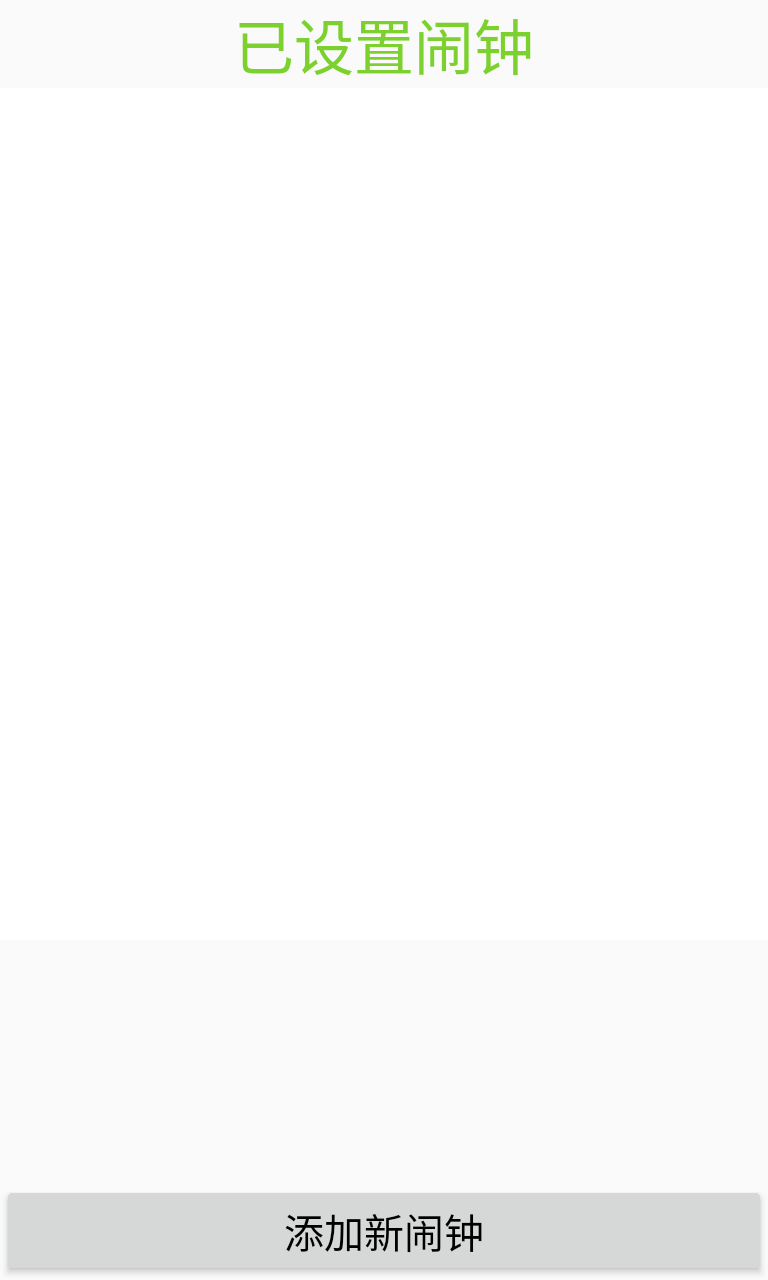
Repository: BigBug2014/BigBugAlarm
Layout: SmileAlarmTask/SmileAlarmTask/res/layout/display.xml
The author's editor kept a copy of each file at every save. The layout is drawn from the files as they stood at one save, then again after the next save.
It is drawn on a 768 x 1280 px phone screen (xhdpi) without system bars, with theme AppTheme; the app's code is not run. Lists and similar views that code fills are empty.

Above is the layout before, as saved 2014-12-18 15:11:09.

After the next save:
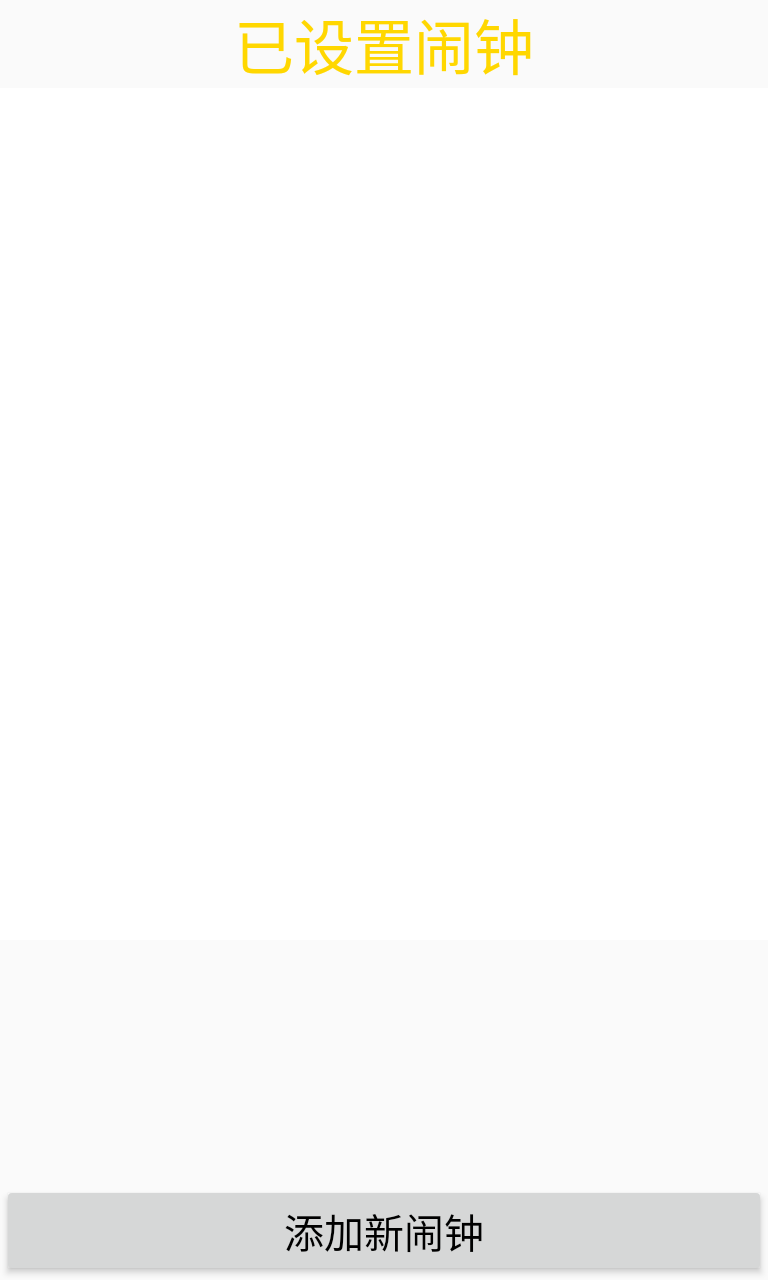
Saved 20 s later.
--- a/SmileAlarmTask/SmileAlarmTask/res/layout/display.xml
+++ b/SmileAlarmTask/SmileAlarmTask/res/layout/display.xml
@@ -8,7 +8,7 @@
 	    android:layout_width="wrap_content"
 	    android:layout_height="wrap_content"
 	    android:text="@string/clock_setted"
-	    android:textColor="@drawable/lightgreen"
+	    android:textColor="@drawable/gold"
 	    android:layout_centerHorizontal="true"
 	    android:layout_alignParentTop="true"
 	    android:textSize="30sp" />
